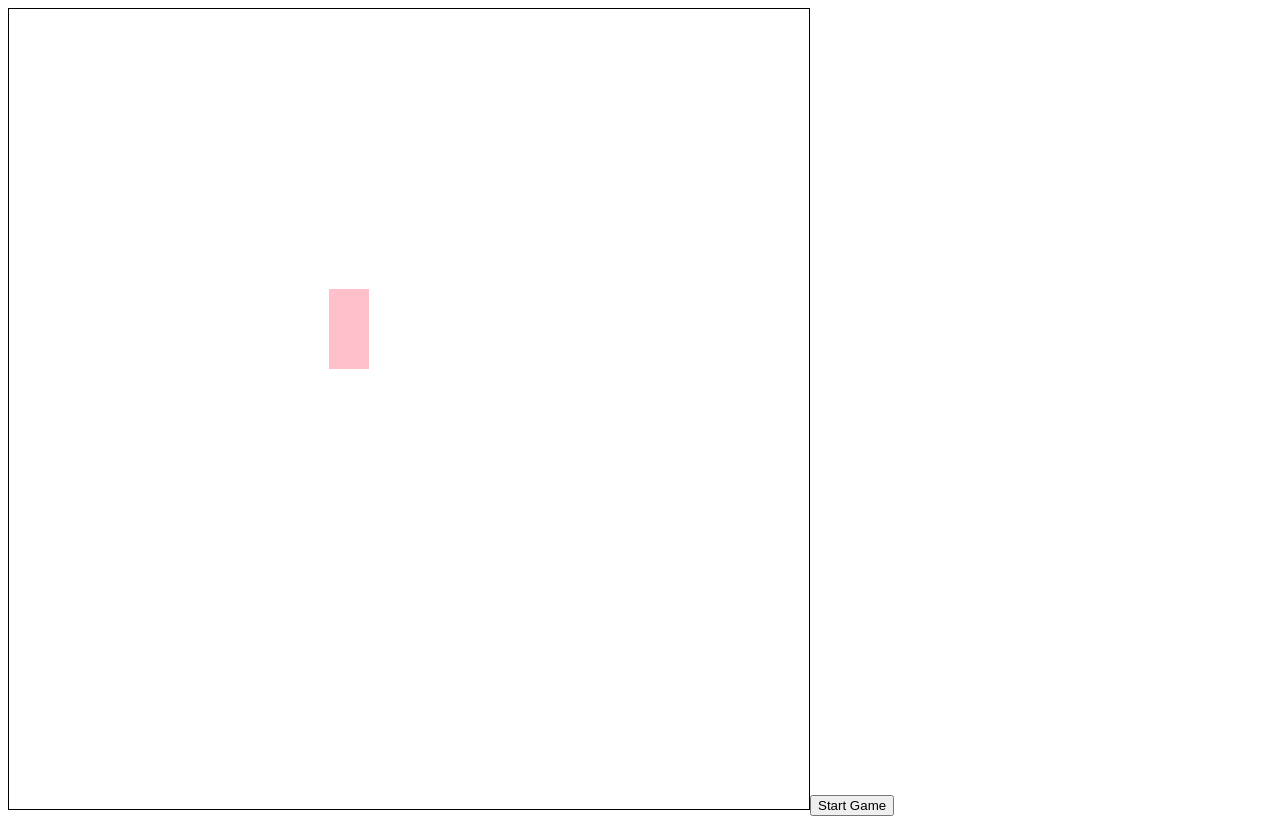
Repository: JonoBowenDev/react-snake
Page: /
The author's editor kept a copy of each file at every save. The page is drawn from the files as they stood at one save, then again after the next save.
The browser window is 1280 px wide. The pictures show the whole page.
The project was rebuilt for these pictures with package versions that can differ from the ones it lists, and the page was loaded fresh each time.

Above is the page before, as saved 2021-03-18 16:10:34.

### src/App.js
import React, { useState, useRef, useEffect } from 'react'
import { useInterval } from "./useInterval";
import {
  CANVAS_SIZE,
  SNAKE_START,
  APPLE_START,
  SCALE,
  SPEED,
  DIRECTIONS
} from "./constants";

export default function App() {

  const canvasRef = useRef();
  const [snake, setSnake] = useState(SNAKE_START);
  const [apple, setApple] = useState(APPLE_START);
  const [direction, setDirection] = useState([0, -1]);
  const [speed, setSpeed] = useState(null);
  const [gameOver, setGameOver] = useState(false);


  // Collision functions
  const checkCollosion = () => {

  }

  const checkAppleCollision = () => {

  }

  // Gameplay functions
  const startGame = () => {

  }

  const endGame = () => {

  }

  const moveSnake = () => {

  }

  const createApple = () => {

  }

  const gameLoop = () => {

  }

  useEffect(() => {
    const context = canvasRef.current.getContext("2d");
    context.setTransform(SCALE, 0, 0, SCALE, 0, 0);
    context.clearRect(0, 0, CANVAS_SIZE[0], CANVAS_SIZE[1]);
    context.fillStyle="pink";
    snake.forEach(([x, y]) => context.fillRect(x, y, 1, 1));

  }, [snake, apple, gameOver]);


  return (
    <div role="button" tabIndex="0" onKeyDown={e => moveSnake(e)}>

      <canvas
        style={{ border: "1px solid black"}}
        ref={canvasRef}
        width={`${CANVAS_SIZE[0]}px`}
        height={`${CANVAS_SIZE[1]}px`}
        />

      {gameOver && <div>GAME OVER!</div>}

      <button onClick={startGame}>Start Game</button>

    </div>
  )
}

### src/constants.js
const CANVAS_SIZE = [800, 800];
const SNAKE_START = [
  [8, 7],
  [8, 8]
];
const APPLE_START = [8, 3];
const SCALE = 40;
const SPEED = 100;
const DIRECTIONS = {
  38: [0, -1], // up
  40: [0, 1], // down
  37: [-1, 0], // left
  39: [1, 0] // right
};

export {
  CANVAS_SIZE,
  SNAKE_START,
  APPLE_START,
  SCALE,
  SPEED,
  DIRECTIONS
};

Loaded but not shown: public/index.html (common file); src/index.js (common file); src/useInterval.js (common file)

After the next save:
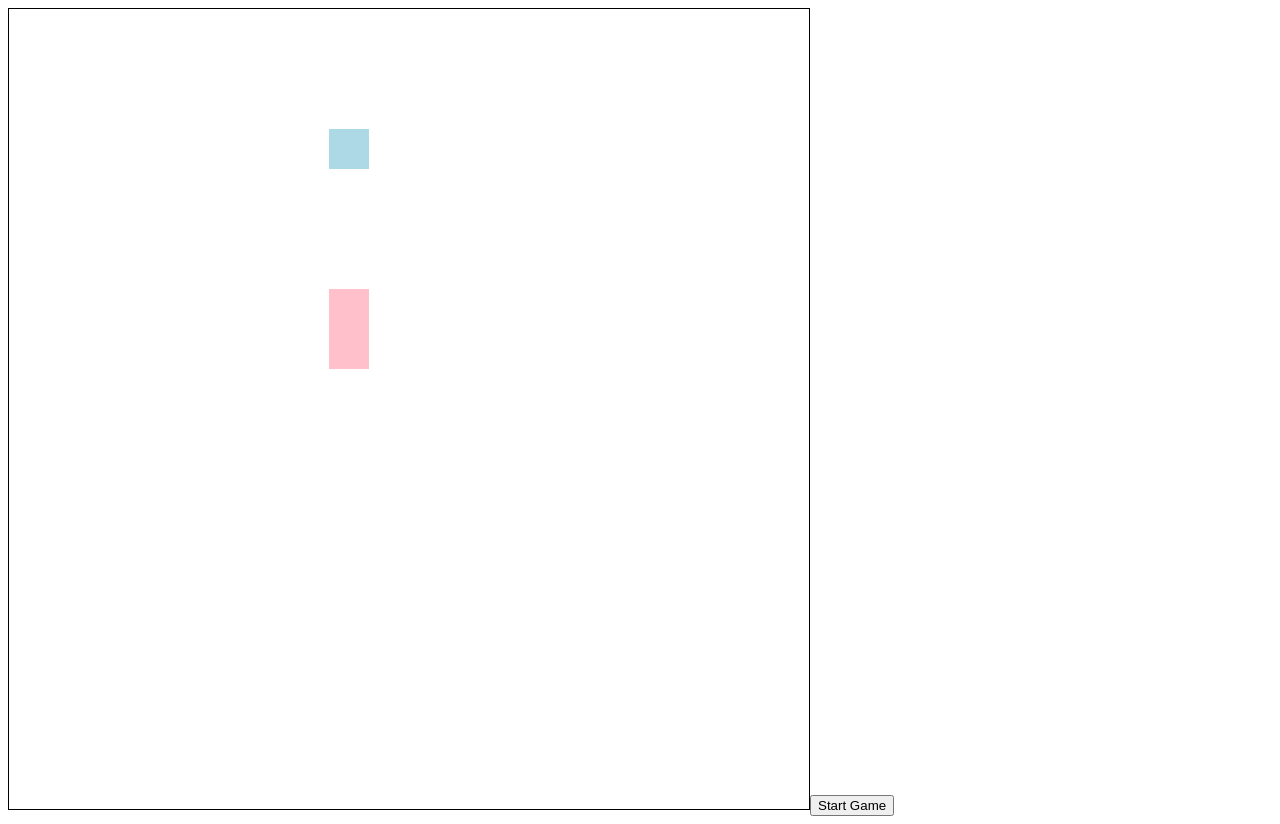
Saved 31 s later.
--- a/src/App.js
+++ b/src/App.js
@@ -55,7 +55,8 @@ export default function App() {
     context.clearRect(0, 0, CANVAS_SIZE[0], CANVAS_SIZE[1]);
     context.fillStyle="pink";
     snake.forEach(([x, y]) => context.fillRect(x, y, 1, 1));
-
+    context.fillStyle="lightblue";
+    context.fillRect(apple[0], apple[1], 1, 1);
   }, [snake, apple, gameOver]);
 
 
